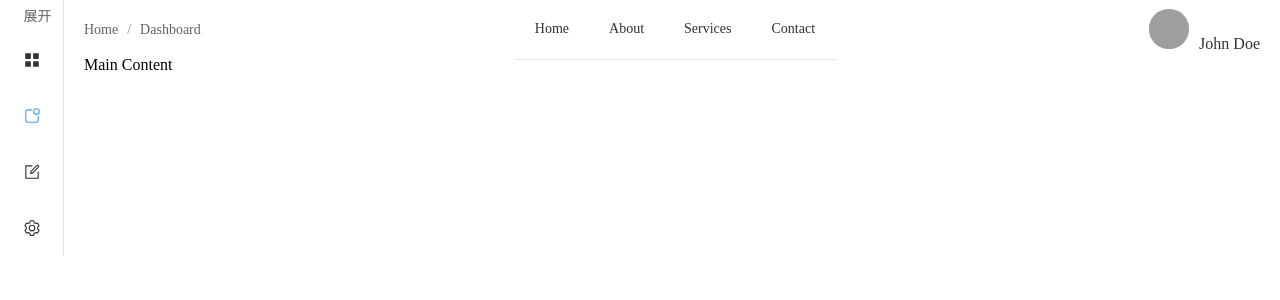
Repository: IsHexx/VerityX
Page: /home (app in front/)
These files come from the project's save history. The page is drawn as it stood at one moment and after the next save; the edit follows.
The browser window is 1280 px wide. The pictures show the whole page.
Pictures or frames that could not be fetched are drawn as grey boxes. The project was rebuilt for these pictures with package versions that can differ from the ones it lists, and the page was loaded fresh each time. Also part of the build but not shown: front/vue.config.js, front/src/components/UserlLogin.vue.

Above is the page before, as saved 2024-10-08 19:22:23.

After the next save:
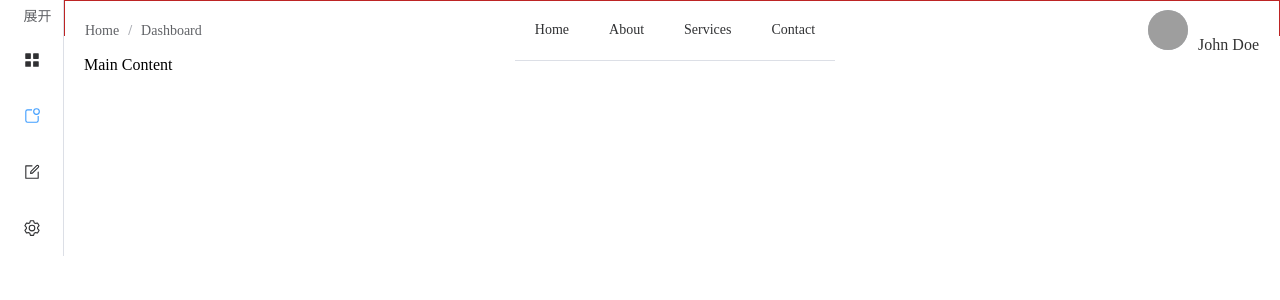
Saved 5 s later.
--- a/front/src/views/HomePage.vue
+++ b/front/src/views/HomePage.vue
@@ -59,7 +59,7 @@
     padding: 0;
     background-color: #ffffff;
     /* line-height: 5%; 让内容在 Header 内居中显示 */
-    border-bottom: #bd2424 1px solid;
+    border: #bd2424 1px solid;
   }
 
   .common-layout > .el-container > .el-container > .el-main {
